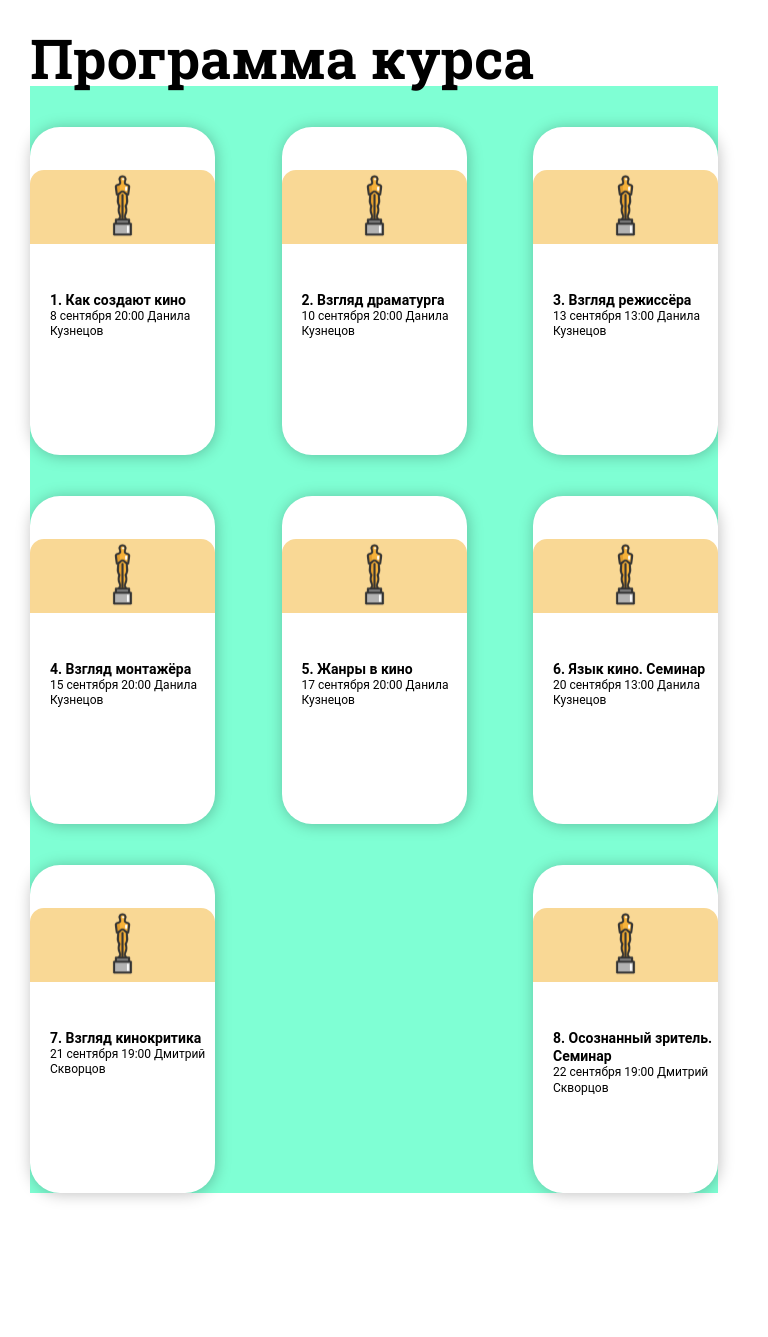
Repository: MehdiKerimov/Figma-task-18
Page: pages/homePage/index.html
These files come from the project's save history. The page is drawn as it stood at one moment and after the next save; the edit follows.
The browser window is 768 px wide. The pictures show the whole page.
The style sheet was rebuilt from its Sass, Less or Tailwind sources for each picture, by a compiler version that may differ from the author's.

Above is the page before, as saved 2023-11-28 10:34:18.

### pages/homePage/index.html
<!DOCTYPE html>
<html lang="en">
  <head>
    <meta charset="UTF-8" />
    <meta name="viewport" content="width=device-width, initial-scale=1.0" />
    <title>Document</title>
    <link rel="stylesheet" href="../../assets/css/reset.css" />
    <link rel="stylesheet" href="index.css" />
  </head>
  <body>
    <div class="container">
      <h1>Программа курса</h1>
      <ul>
        <li>
          <svg
            xmlns="http://www.w3.org/2000/svg"
            xmlns:xlink="http://www.w3.org/1999/xlink"
            width="399"
            height="160"
            viewBox="0 0 399 160"
            fill="none"
          >
            <path
              d="M0 30C0 13.4315 13.4315 0 30 0H369C385.569 0 399 13.4315 399 30V160H0V30Z"
              fill="url(#pattern0)"
            />
            <defs>
              <pattern
                id="pattern0"
                patternContentUnits="objectBoundingBox"
                width="1"
                height="1"
              >
                <use
                  xlink:href="#image0_1_117"
                  transform="matrix(0.000833333 0 0 0.00207813 0 -0.214596)"
                />
              </pattern>
              <image
                id="image0_1_117"
                width="1200"
                height="800"
                xlink:href="data:[embedded picture, 68827 characters]"
              />
            </defs>
          </svg>
          <h2>1. Как создают кино</h2>
          <p>8 сентября 20:00 Данила Кузнецов</p>
        </li>
        <li>
          <svg
            xmlns="http://www.w3.org/2000/svg"
            xmlns:xlink="http://www.w3.org/1999/xlink"
            width="399"
            height="160"
            viewBox="0 0 399 160"
            fill="none"
          >
            <path
              d="M0 30C0 13.4315 13.4315 0 30 0H369C385.569 0 399 13.4315 399 30V160H0V30Z"
              fill="url(#pattern0)"
            />
            <defs>
              <pattern
                id="pattern0"
                patternContentUnits="objectBoundingBox"
                width="1"
                height="1"
              >
                <use
                  xlink:href="#image0_1_129"
                  transform="matrix(0.000833333 0 0 0.00207813 0 -0.214596)"
                />
              </pattern>
              <image
                id="image0_1_129"
                width="1200"
                height="800"
                xlink:href="data:[embedded picture, 106779 characters]"
              />
            </defs>
          </svg>
          <h2>2. Взгляд драматурга</h2>
          <p>10 сентября 20:00 Данила Кузнецов</p>
        </li>
        <li>
          <svg
            xmlns="http://www.w3.org/2000/svg"
            xmlns:xlink="http://www.w3.org/1999/xlink"
            width="399"
            height="160"
            viewBox="0 0 399 160"
            fill="none"
          >
            <path
              d="M0 30C0 13.4315 13.4315 0 30 0H369C385.569 0 399 13.4315 399 30V160H0V30Z"
              fill="url(#pattern0)"
            />
            <defs>
              <pattern
                id="pattern0"
                patternContentUnits="objectBoundingBox"
                width="1"
                height="1"
              >
                <use
                  xlink:href="#image0_1_133"
                  transform="matrix(0.000833333 0 0 0.00207813 0 -0.214596)"
                />
              </pattern>
              <image
                id="image0_1_133"
                width="1200"
                height="800"
                xlink:href="data:[embedded picture, 57403 characters]"
              />
            </defs>
          </svg>
          <h2>3. Взгляд режиссёра</h2>
          <p>13 сентября 13:00 Данила Кузнецов</p>
        </li>
        <li>
          <svg
            xmlns="http://www.w3.org/2000/svg"
            xmlns:xlink="http://www.w3.org/1999/xlink"
            width="399"
            height="160"
            viewBox="0 0 399 160"
            fill="none"
          >
            <path
              d="M0 30C0 13.4315 13.4315 0 30 0H369C385.569 0 399 13.4315 399 30V160H0V30Z"
              fill="url(#pattern0)"
            />
            <defs>
              <pattern
                id="pattern0"
                patternContentUnits="objectBoundingBox"
                width="1"
                height="1"
              >
                <use
                  xlink:href="#image0_1_144"
                  transform="matrix(0.000833333 0 0 0.00207813 0 -0.214596)"
                />
              </pattern>
              <image
                id="image0_1_144"
                width="1200"
                height="800"
                xlink:href="data:[embedded picture, 49903 characters]"
              />
            </defs>
          </svg>
          <h2>4. Взгляд монтажёра</h2>
          <p>15 сентября 20:00 Данила Кузнецов</p>
        </li>
        <li>
          <svg
            xmlns="http://www.w3.org/2000/svg"
            xmlns:xlink="http://www.w3.org/1999/xlink"
            width="399"
            height="160"
            viewBox="0 0 399 160"
            fill="none"
          >
            <path
              d="M0 30C0 13.4315 13.4315 0 30 0H369C385.569 0 399 13.4315 399 30V160H0V30Z"
              fill="url(#pattern0)"
            />
            <defs>
              <pattern
                id="pattern0"
                patternContentUnits="objectBoundingBox"
                width="1"
                height="1"
              >
                <use
                  xlink:href="#image0_1_145"
                  transform="matrix(0.000833333 0 0 0.00207813 0 -0.214596)"
                />
              </pattern>
              <image
                id="image0_1_145"
                width="1200"
                height="800"
                xlink:href="data:[embedded picture, 90219 characters]"
              />
            </defs>
          </svg>
          <h2>5. Жанры в кино</h2>
          <p>17 сентября 20:00 Данила Кузнецов</p>
        </li>
        <li>
          <svg
            xmlns="http://www.w3.org/2000/svg"
            xmlns:xlink="http://www.w3.org/1999/xlink"
            width="399"
            height="160"
            viewBox="0 0 399 160"
            fill="none"
          >
            <path
              d="M0 30C0 13.4315 13.4315 0 30 0H369C385.569 0 399 13.4315 399 30V160H0V30Z"
              fill="url(#pattern0)"
            />
            <defs>
              <pattern
                id="pattern0"
                patternContentUnits="objectBoundingBox"
                width="1"
                height="1"
              >
                <use
                  xlink:href="#image0_1_146"
                  transform="matrix(0.000833333 0 0 0.00207813 0 -0.214596)"
                />
              </pattern>
              <image
                id="image0_1_146"
                width="1200"
                height="800"
                xlink:href="data:[embedded picture, 74483 characters]"
              />
            </defs>
          </svg>
          <h2>6. Язык кино. Семинар</h2>
          <p>20 сентября 13:00 Данила Кузнецов</p>
        </li>
        <li>
          <svg
            xmlns="http://www.w3.org/2000/svg"
            xmlns:xlink="http://www.w3.org/1999/xlink"
            width="399"
            height="160"
            viewBox="0 0 399 160"
            fill="none"
          >
            <path
              d="M0 30C0 13.4315 13.4315 0 30 0H369C385.569 0 399 13.4315 399 30V160H0V30Z"
              fill="url(#pattern0)"
            />
            <defs>
              <pattern
                id="pattern0"
                patternContentUnits="objectBoundingBox"
                width="1"
                height="1"
              >
                <use
                  xlink:href="#image0_1_146"
                  transform="matrix(0.000833333 0 0 0.00207813 0 -0.214596)"
                />
              </pattern>
              <image
                id="image0_1_146"
                width="1200"
                height="800"
                xlink:href="data:[embedded picture, 74483 characters]"
              />
            </defs>
          </svg>
          <h2>7. Взгляд кинокритика</h2>
          <p>21 сентября 19:00 Дмитрий Скворцов</p>
        </li>
        <li>
          <svg
            xmlns="http://www.w3.org/2000/svg"
            xmlns:xlink="http://www.w3.org/1999/xlink"
            width="399"
            height="160"
            viewBox="0 0 399 160"
            fill="none"
          >
            <path
              d="M0 30C0 13.4315 13.4315 0 30 0H369C385.569 0 399 13.4315 399 30V160H0V30Z"
              fill="url(#pattern0)"
            />
            <defs>
              <pattern
                id="pattern0"
                patternContentUnits="objectBoundingBox"
                width="1"
                height="1"
              >
                <use
                  xlink:href="#image0_1_146"
                  transform="matrix(0.000833333 0 0 0.00207813 0 -0.214596)"
                />
              </pattern>
              <image
                id="image0_1_146"
                width="1200"
                height="800"
                xlink:href="data:[embedded picture, 74483 characters]"
              />
            </defs>
          </svg>
          <h2>8. Осознанный зритель. Семинар</h2>
          <p>22 сентября 19:00 Дмитрий Скворцов</p>
        </li>
      </ul>
    </div>
  </body>
</html>

### assets/css/reset.css
*{
    margin: 0;
    padding: 0;
    box-sizing: border-box;
}
li{
 list-style-type: none;
}

### pages/homePage/index.scss
@import url('https://fonts.googleapis.com/css2?family=Roboto+Slab:wght@400;700&display=swap');

.container {
    background: #FFF;
    padding: 30px 50px 144px 30px;
    min-height: 100vh;


    h1 {
        color: #000;
        font-family: Roboto Slab;
        font-size: 55px;
        font-style: normal;
        font-weight: 700;
        line-height: 101.385%;
    }

    ul {
        display: flex;
        justify-content: space-between;
        flex-wrap: wrap;
        background-color: aquamarine;

        li {

            margin-top: 41px;
            list-style-type: none;
            /* margin-right: 37px; */
            width: 399px;
            height: 328px;
            border-radius: 30px;
            background: #FFF;
            box-shadow: 1px 1px 15px 0px rgba(0, 0, 0, 0.25);
            @media screen and (max-width:768px) {
           width: 185px;
            }
            svg {
                width: 100%;

            }

            h2 {
                margin-left: 20px;
                /* width: 365px; */
                color: #000;
                font-family: Roboto;
                font-size: 30px;
                font-style: normal;
                font-weight: 700;
                line-height: 130%;
                @media screen and (max-width:768px) {
        font-size: 14px;
                }
            }

            p {
                /* width: 365px; */
                margin-left: 20px;
                color: #000;
                font-family: Roboto;
                font-size: 25px;
                font-style: normal;
                font-weight: 400;
                line-height: 130%;
                @media screen and (max-width:768px) {
        font-size: 12px;
                }
            }
        }
    }
}

After the next save:
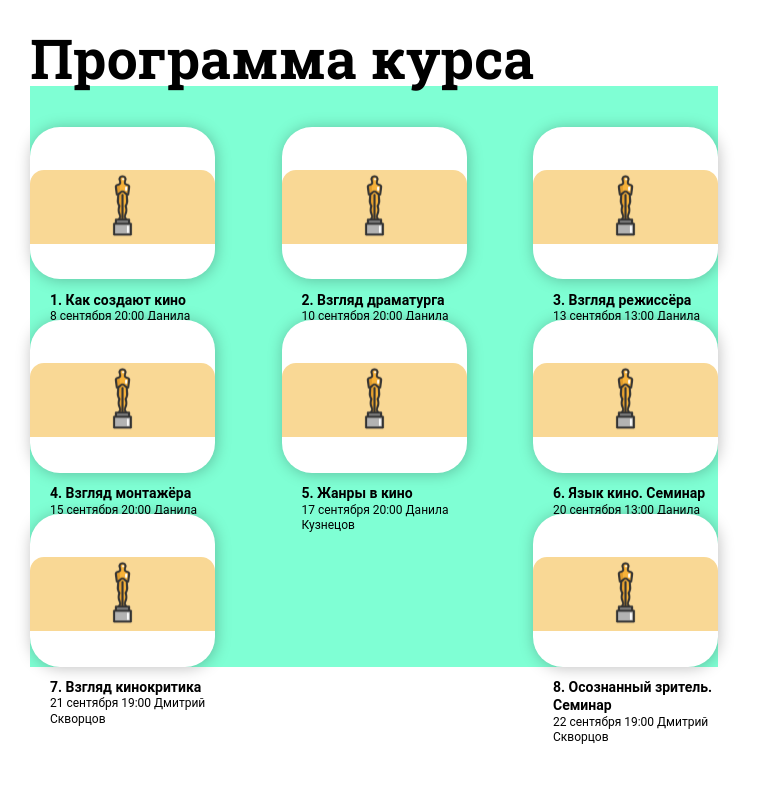
Saved 17 s later.
--- a/pages/homePage/index.scss
+++ b/pages/homePage/index.scss
@@ -33,6 +33,7 @@
             box-shadow: 1px 1px 15px 0px rgba(0, 0, 0, 0.25);
             @media screen and (max-width:768px) {
            width: 185px;
+           height: 152.839px;
             }
             svg {
                 width: 100%;
